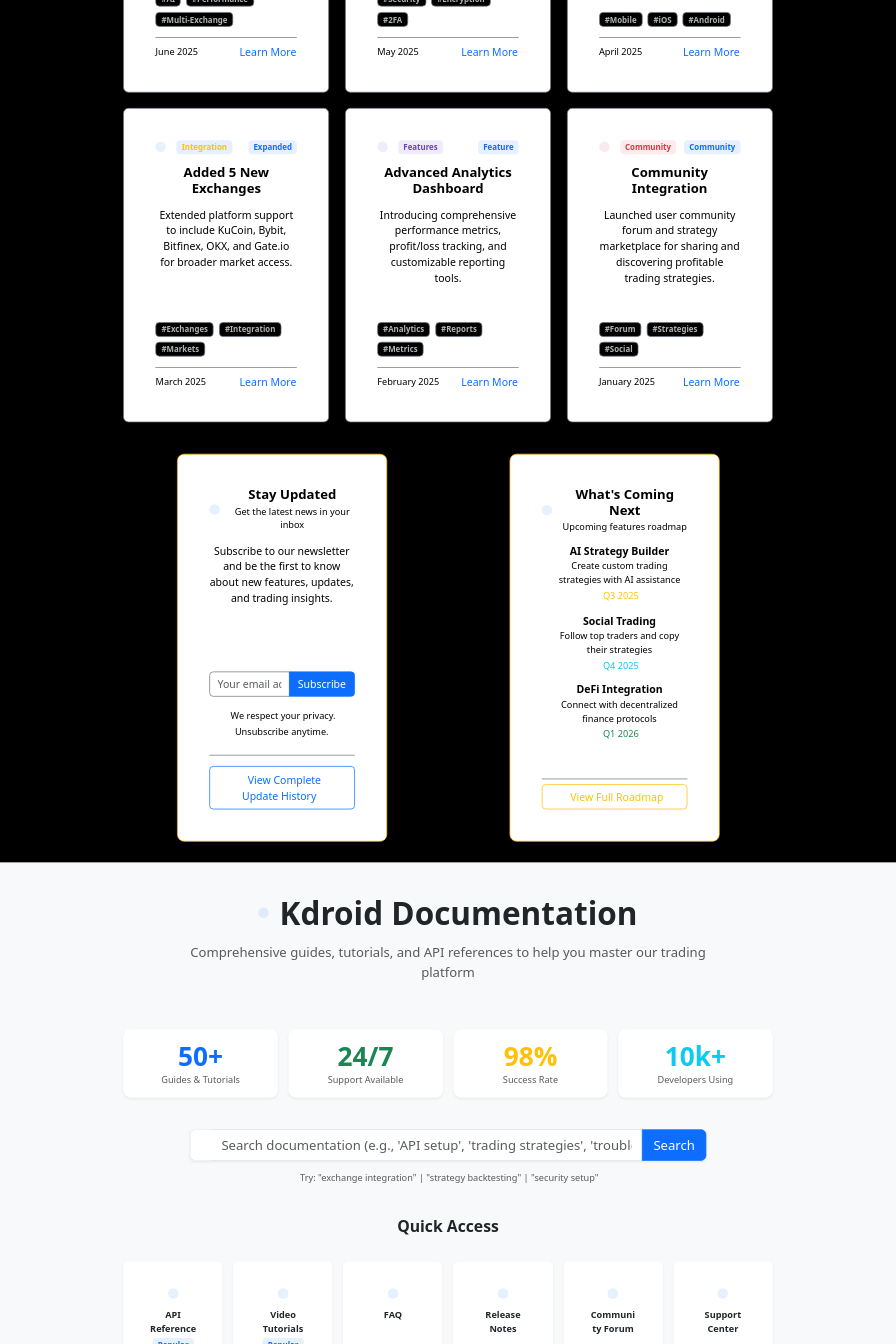
Repository: Kevin-Pro-Codes/halo-trading
Page: /
The author's editor kept a copy of each file at every save. The page is drawn from the files as they stood at one save, then again after the next save.
The browser window is 1280 px wide. The pictures show the part of the page from y = 3865 to 5785 px (the page is 19383 px tall), at 70% of full size.
The page's requests for data from a server got no answer. The project was rebuilt for these pictures with package versions that can differ from the ones it lists, and the page was loaded fresh each time. Some packages were replaced by stand-ins written for this rebuild. No one was signed in, and anything a server would have sent is missing. Also part of the build but not shown: vite.config.js, src/styles/DocStyle.css, src/styles/PricingStyle.css.

Above is the page before, as saved 2025-12-09 21:45:22.

### src/index.css
:root {
  font-family: system-ui, Avenir, Helvetica, Arial, sans-serif;
  line-height: 1.5;
  font-weight: 400;
  color-scheme: light dark;
  color: rgba(255, 255, 255, 0.87);
  background-color: #242424;
  font-synthesis: none;
  text-rendering: optimizeLegibility;
  -webkit-font-smoothing: antialiased;
  -moz-osx-font-smoothing: grayscale;
}

a {
  font-weight: 500;
  color: #646cff;
  text-decoration: inherit;
}
a:hover {
  color: #535bf2;
}


h1 {
  font-size: 3.2em;
  line-height: 1.1;
}

button {
  border-radius: 8px;
  border: 1px solid transparent;
  padding: 0.6em 1.2em;
  font-size: 1em;
  font-weight: 500;
  font-family: inherit;
  background-color: #1a1a1a;
  cursor: pointer;
  transition: border-color 0.25s;
}
button:hover {
  border-color: #646cff;
}
button:focus,
button:focus-visible {
  outline: 4px auto -webkit-focus-ring-color;
}

### src/Navbar.jsx
import React from 'react';
import haloLogo from './assets/halo.png';



const Navbar = ({ showHamburger, menuOpen, setMenuOpen }) => {
  return (
    <nav className="navbar">
      <div className="nav-content">
        <div className="nav-brand">
          <img src={haloLogo} alt="Trading Bot Logo" className="logo-img" />
        </div>

        {showHamburger ? (
          <div className="hamburger-container">
            <button
              className={`hamburger-btn ${menuOpen ? 'active' : ''}`}
              onClick={() => setMenuOpen(!menuOpen)}
              aria-label="Menu"
            >
              <span></span>
              <span></span>
              <span></span>
            </button>
          </div>
        ) : (
          <div className="nav-links">
            <button className="nav-btn">Home</button>
            <button className="nav-btn">About</button>
            <button className="nav-btn">Products</button>
            <button className="nav-btn">Contact</button>
          </div>
        )}
      </div>

      {showHamburger && menuOpen && (
        <div className="mobile-menu">
          <button className="nav-btn">Home</button>
          <button className="nav-btn">About</button>
          <button className="nav-btn">Products</button>
          <button className="nav-btn">Contact</button>
        </div>
      )}
    </nav>
  );
};

export default Navbar;

### src/components/LatestSection.jsx
import React from 'react';

const LatestSection = () => {
  const updates = [
    {
      id: 1,
      title: "Version 3.0 Launched",
      description: "Major platform upgrade with AI-powered trading signals, enhanced backtesting, and multi-exchange arbitrage capabilities.",
      category: "Platform Update",
      date: "June 2025",
      icon: "bi-rocket-takeoff-fill",
      color: "primary",
      badge: "New",
      tags: ["AI", "Performance", "Multi-Exchange"]
    },
    {
      id: 2,
      title: "Enhanced Security Framework",
      description: "Implemented advanced API key encryption, multi-factor authentication, and real-time threat detection systems.",
      category: "Security",
      date: "May 2025",
      icon: "bi-shield-check",
      color: "success",
      badge: "Enhanced",
      tags: ["Security", "Encryption", "2FA"]
    },
    {
      id: 3,
      title: "Mobile App 2.0 Released",
      description: "Redesigned mobile application with real-time notifications, advanced charting, and one-click trade execution.",
      category: "Mobile",
      date: "April 2025",
      icon: "bi-phone-fill",
      color: "info",
      badge: "Update",
      tags: ["Mobile", "iOS", "Android"]
    },
    {
      id: 4,
      title: "Added 5 New Exchanges",
      description: "Extended platform support to include KuCoin, Bybit, Bitfinex, OKX, and Gate.io for broader market access.",
      category: "Integration",
      date: "March 2025",
      icon: "bi-arrow-left-right",
      color: "warning",
      badge: "Expanded",
      tags: ["Exchanges", "Integration", "Markets"]
    },
    {
      id: 5,
      title: "Advanced Analytics Dashboard",
      description: "Introducing comprehensive performance metrics, profit/loss tracking, and customizable reporting tools.",
      category: "Features",
      date: "February 2025",
      icon: "bi-graph-up",
      color: "purple",
      badge: "Feature",
      tags: ["Analytics", "Reports", "Metrics"]
    },
    {
      id: 6,
      title: "Community Integration",
      description: "Launched user community forum and strategy marketplace for sharing and discovering profitable trading strategies.",
      category: "Community",
      date: "January 2025",
      icon: "bi-people-fill",
      color: "danger",
      badge: "Community",
      tags: ["Forum", "Strategies", "Social"]
    }
  ];

  const categories = [
    { id: "all", name: "All Updates", icon: "bi-grid", count: updates.length },
    { id: "platform", name: "Platform", icon: "bi-rocket", count: 1 },
    { id: "security", name: "Security", icon: "bi-shield", count: 1 },
    { id: "mobile", name: "Mobile", icon: "bi-phone", count: 1 },
    { id: "integration", name: "Integration", icon: "bi-arrow-left-right", count: 1 },
    { id: "features", name: "Features", icon: "bi-stars", count: 1 },
    { id: "community", name: "Community", icon: "bi-people", count: 1 }
  ];

  return (
    <section className="py-5 bg-dark text-white">
      <div className="container">
        {/* Header */}
        <div className="row justify-content-center text-center mb-4 mb-lg-5">
          <div className="col-12 col-lg-8">
            <div className="d-flex align-items-center justify-content-center mb-3">
              <div className="bg-primary bg-opacity-10 p-2 rounded-circle me-3">
                <i className="bi bi-megaphone-fill text-primary fs-3"></i>
              </div>
              <h2 className="display-6 display-lg-5 fw-bold mb-0 text-white">Latest Updates & News</h2>
            </div>
            <p className="lead text-white-50 mb-0">
              Stay updated with the latest features, improvements, and announcements from our trading platform
            </p>
          </div>
        </div>

        {/* Stats Summary */}
        <div className="row justify-content-center mb-4 mb-lg-5">
          <div className="col-12 col-lg-10">
            <div className="row g-2 g-lg-3">
              {[
                { value: updates.length, label: "Total Updates", color: "primary" },
                { value: 5, label: "New Exchanges", color: "success" },
                { value: "3.0", label: "Current Version", color: "warning" },
                { value: "98%", label: "Uptime Rate", color: "info" }
              ].map((stat, index) => (
                <div key={index} className="col-6 col-md-3">
                  <div className="text-center p-2 p-lg-3 bg-dark bg-opacity-50 border border-secondary rounded-3">
                    <div className={`display-6 fw-bold text-${stat.color} mb-1`}>{stat.value}</div>
                    <div className="text-white-50 small">{stat.label}</div>
                  </div>
                </div>
              ))}
            </div>
          </div>
        </div>

        {/* Category Filter */}
        <div className="row justify-content-center mb-4">
          <div className="col-12 col-lg-10">
            <div className="d-flex flex-wrap justify-content-center gap-1 gap-lg-2 mb-3 mb-lg-4">
              {categories.map((category) => (
                <button
                  key={category.id}
                  className="btn btn-outline-primary btn-sm px-2 px-lg-3 py-1 py-lg-2"
                >
                  <i className={`bi ${category.icon} me-1 me-lg-2`}></i>
                  <span className="d-none d-sm-inline">{category.name}</span>
                  <span className="badge bg-primary ms-1 ms-lg-2">{category.count}</span>
                </button>
              ))}
            </div>
          </div>
        </div>

        {/* Updates Grid - RESPONSIVE */}
        <div className="row justify-content-center">
          <div className="col-12 col-lg-10">
            <div className="row g-3 g-lg-4">
              {updates.map((update) => (
                <div key={update.id} className="col-12 col-md-6 col-lg-4">
                  <div className="card h-100 border-secondary bg-white hover-lift transition-all">
                    <div className="card-body p-3 p-lg-4 d-flex flex-column">
                      <div className="d-flex justify-content-between align-items-start mb-2 mb-lg-3">
                        <div className="d-flex align-items-center">
                          <div className={`bg-${update.color} bg-opacity-10 p-1 p-lg-2 rounded-circle me-2 me-lg-3`}>
                            <i className={`bi ${update.icon} text-${update.color} fs-5`}></i>
                          </div>
                          <span className={`badge bg-${update.color} bg-opacity-10 text-${update.color}`}>
                            {update.category}
                          </span>
                        </div>
                        <span className="badge bg-primary bg-opacity-10 text-primary">
                          {update.badge}
                        </span>
                      </div>

                      <h4 className="fw-bold mb-2 mb-lg-3 text-black fs-5 fs-lg-4">{update.title}</h4>
                      <p className="text-black mb-3 mb-lg-4 flex-grow-1">{update.description}</p>

                      <div className="mt-auto">
                        <div className="d-flex flex-wrap gap-1 gap-lg-2 mb-2 mb-lg-3">
                          {update.tags.map((tag, index) => (
                            <span key={index} className="badge bg-dark border border-secondary text-white-50 small">
                              #{tag}
                            </span>
                          ))}
                        </div>
                        <div className="d-flex justify-content-between align-items-center pt-2 border-top border-secondary">
                          <div className="text-black small">{update.date}</div>
                          <button className="btn btn-link text-decoration-none p-0 text-primary">
                            <i className="bi bi-arrow-right-circle me-1"></i>
                            <span className="d-none d-sm-inline">Learn More</span>
                          </button>
                        </div>
                      </div>
                    </div>
                  </div>
                </div>
              ))}
            </div>
          </div>
        </div>

      {/* Two Boxes at Bottom - RESPONSIVE */}
<div className="row justify-content-center mt-4 mt-lg-5">
  <div className="col-12 col-lg-10">
    <div className="row g-3 g-lg-4 justify-content-center">
      {/* Left Box: Newsletter */}
      <div className="col-12 col-lg-6">
        <div className="card border-warning bg-white h-100" style={{ borderRadius: '10px' }}>
          <div className="card-body p-3 p-lg-4 d-flex flex-column">
            <div className="d-flex align-items-center mb-3">
              <div className="bg-primary bg-opacity-10 p-2 rounded-circle me-3">
                <i className="bi bi-bell-fill text-black fs-4"></i>
              </div>
              <div>
                <h4 className="fw-bold mb-1 text-black fs-5 fs-lg-4">Stay Updated</h4>
                <p className="text-black small mb-0">Get the latest news in your inbox</p>
              </div>
            </div>

            <p className="text-black mb-3 mb-lg-4 flex-grow-1">
              Subscribe to our newsletter and be the first to know about new features, updates, and trading insights.
            </p>

            <div className="mt-auto">
              <div className="input-group mb-2 mb-lg-3">
                <input
                  type="email"
                  className="form-control border-secondary"
                  placeholder="Your email address"
                />
                <button className="btn btn-primary">Subscribe</button>
              </div>
              <small className="text-black">
                <i className="bi bi-shield-check me-1"></i>
                We respect your privacy. Unsubscribe anytime.
              </small>

              {/* View Complete Update History Button - RESPONSIVE */}
              <div className="mt-3 mt-lg-4 pt-3 border-top border-secondary">
                <button className="btn btn-outline-primary w-100 px-3 px-lg-4 py-2">
                  <i className="bi bi-clock-history me-2"></i>
                  <span className="d-none d-md-inline">View Complete Update History</span>
                  <span className="d-md-none">All Updates</span>
                  <i className="bi bi-arrow-right ms-2"></i>
                </button>
              </div>
            </div>
          </div>
        </div>
      </div>

      {/* Right Box: Roadmap */}
      <div className="col-12 col-lg-6">
        <div className="card border-warning bg-white h-100" style={{ borderRadius: '10px' }}>
          <div className="card-body p-3 p-lg-4 d-flex flex-column">
            <div className="d-flex align-items-center mb-3">
              <div className="bg-warning bg-opacity-10 p-2 rounded-circle me-3">
                <i className="bi bi-map text-warning fs-4"></i>
              </div>
              <div>
                <h4 className="fw-bold mb-1 text-black fs-5 fs-lg-4">What's Coming Next</h4>
                <p className="text-black small mb-0">Upcoming features roadmap</p>
              </div>
            </div>

            <div className="mb-3 mb-lg-4 flex-grow-1">
              <div className="d-flex align-items-start mb-2 mb-lg-3">
                <div className="text-warning me-2 me-lg-3 mt-1"><i className="bi bi-circle-fill small"></i></div>
                <div>
                  <h6 className="fw-bold mb-1 text-black">AI Strategy Builder</h6>
                  <p className="text-black small mb-0">Create custom trading strategies with AI assistance</p>
                  <small className="text-warning"><i className="bi bi-calendar me-1"></i> Q3 2025</small>
                </div>
              </div>

              <div className="d-flex align-items-start mb-2 mb-lg-3">
                <div className="text-info me-2 me-lg-3 mt-1"><i className="bi bi-circle-fill small"></i></div>
                <div>
                  <h6 className="fw-bold mb-1 text-black">Social Trading</h6>
                  <p className="text-black small mb-0">Follow top traders and copy their strategies</p>
                  <small className="text-info"><i className="bi bi-calendar me-1"></i> Q4 2025</small>
                </div>
              </div>

              <div className="d-flex align-items-start">
                <div className="text-success me-2 me-lg-3 mt-1"><i className="bi bi-circle-fill small"></i></div>
                <div>
                  <h6 className="fw-bold mb-1 text-black">DeFi Integration</h6>
                  <p className="text-black small mb-0">Connect with decentralized finance protocols</p>
                  <small className="text-success"><i className="bi bi-calendar me-1"></i> Q1 2026</small>
                </div>
              </div>
            </div>

            <div className="mt-auto pt-2 border-top border-secondary">
              <button className="btn btn-outline-warning w-100">
                <i className="bi bi-clock-history me-2"></i>
                <span className="d-none d-sm-inline">View Full Roadmap</span>
                <span className="d-sm-none">Roadmap</span>
              </button>
            </div>
          </div>
        </div>
      </div>


            </div>
          </div>
        </div>

      </div>

      {/* CSS Styling */}
      <style jsx>{`
        .bg-dark {
          background-color: #000000 !important;
        }
        .bg-white {
          background-color: #ffffff !important;
        }
        .hover-lift {
          transition: all 0.3s ease;
        }

        .hover-lift:hover {
          transform: translateY(-5px);
          box-shadow: 0 10px 25px rgba(0, 0, 0, 0.3) !important;
          border-color: #495057 !important;
        }

        .transition-all {
          transition: all 0.3s ease;
        }

        .bg-purple {
          background-color: #6f42c1 !important;
        }

        .text-purple {
          color: #6f42c1 !important;
        }

        .bg-purple.bg-opacity-10 {
          background-color: rgba(111, 66, 193, 0.1) !important;
        }

        .bg-danger.bg-opacity-10 {
          background-color: rgba(220, 53, 69, 0.1) !important;
        }

        .text-white-50 {
          color: rgba(255, 255, 255, 0.7) !important;
        }

        /* Mobile-specific adjustments */
        @media (max-width: 768px) {
          .display-6 {
            font-size: 2rem !important;
          }

          .card {
            margin-bottom: 1rem;
          }

          .btn-sm {
            padding: 0.25rem 0.5rem !important;
            font-size: 0.875rem !important;
          }
        }

        @media (max-width: 576px) {
          .display-6 {
            font-size: 1.75rem !important;
          }

          .lead {
            font-size: 1rem !important;
          }

          .card-body {
            padding: 1rem !important;
          }
        }
      `}</style>
    </section>
  );
};

export default LatestSection;

### src/Footer.jsx
import React from "react";

const Footer = () => {
  return (
    <footer className="section-black">
      <div className="section-content">
        <div className="footer-grid">
          <div className="footer-col">
            <h3>Contact</h3>
            <p>Email: support@halo.com</p>
            <p>Phone: +55 11 9987-6543</p>
            <p>Address: 456 Finance Street, Crypto City</p>
          </div>
          <div className="footer-col">
            <h3>Legal</h3>
            <p><a href="#">Risk Disclosure</a></p>
            <p><a href="#">Terms of Service</a></p>
            <p><a href="#">Privacy Policy</a></p>
          </div>
          <div className="footer-col">
            <h3>Support</h3>
            <p><a href="#">Help Center</a></p>
            <p><a href="#">API Documentation</a></p>
            <p><a href="#">Community Forum</a></p>
            <p className="mt-3"><a href="#">MetaTrader 5</a></p>
          </div>
        </div>
        <div className="footer-bottom">
          <p>
            © 2025 Halo Algo Trading. All rights reserved. Disclaimer: Trading
            involves risk. Past performance is not indicative of future results.
          </p>
          <p className="disclaimer"></p>
        </div>
      </div>
    </footer>
  );
};

export default Footer;

### src/App.css
/* Variables */
:root {
  --primary-color: #646cff;
  --primary-hover: #535bf2;
  --text-dark: black;
  --text-light: #ffffff;
  --bg-dark: black;
  --bg-light: #ffffff;
  --border-radius: 4px;
  --transition: all 0.3s ease;
}

#root {
  max-width: 100%;
  margin: auto;
  padding: 0rem;
  text-align: center;
}

/* Base Styles */
* {
  box-sizing: border-box;
  margin: 0;
  padding: 0;


}

html {
  font-size: 15px;

}



/* Typography */
h1, h2, h3, h4, h5, h6 {
  margin-bottom: 1rem;
  line-height: 1.2;
}

h2 {
  font-size: 2rem;
}

h3 {
  font-size: 1.5rem;
  margin: 1rem 0;
}

p {
  margin-bottom: 1rem;
}

ul {
  list-style: none;
  padding-left: 0;
}

/* Utility Classes */
.black-text {
  color: var(--text-dark);
}

.white-text {
  color: var(--text-light);
}

.bg-white {
  background-color: var(--bg-light);
}

.bg-black {
  background-color: var(--bg-dark);
}


section {
  padding: 3rem 0;
}

.section-content {
  max-width: 2280px;
  margin: 0 auto;
  padding: 0 1rem;
}

.section-black {
  background-color: var(--bg-dark);
  color: var(--text-light);
}

### src/styles/ConverterStyle.css
/* Add to your existing CSS */
.converter-container {
  max-width: 500px;
  margin: 0 auto;
}

.converter-card {
  background-color: white;
  padding: 2rem;
  border-radius: var(--border-radius);
}

.converter-row {
  display: flex;
  align-items: center;
  margin-bottom: 1rem;
}

.converter-row label {
  width: 80px;
  text-align: right;
  margin-right: 1rem;
}

.converter-row input {
  flex: 1;
  padding: 0.5rem;
  border-radius: var(--border-radius);
  border: 1px solid #ddd;
  background-color: var(--bg-light);
  color: var(--text-dark);
}

.converter-card label,
.converter-card .rate-display {
  color: black; /* Replace with your desired color */
  font-weight: bold;
}

.rate-display {
  text-align: center;
  margin-top: 1.5rem;
  font-size: 0.9rem;
  opacity: 0.8;
}

/* Responsive adjustments */
@media (max-width: 600px) {
  .converter-row {
    flex-direction: column;
    align-items: flex-start;
  }

  .converter-row label {
    width: 100%;
    text-align: left;
    margin-bottom: 0.5rem;
  }
}

### src/styles/FooterStyle.css

/* Footer */
.footer-grid {
  display: grid;
  grid-template-columns: repeat(auto-fit, minmax(200px, 1fr));

}

.footer-col a {
  color: var(--text-light);
  text-decoration: none;

}

.footer-col a:hover {
  text-decoration: underline;

}

.footer-bottom {
  text-align: center;
  padding-top: 1rem;
  border-top: 1px solid rgba(255, 255, 255, 0.1);

}

.disclaimer {

  padding-bottom: 10px;
   margin-bottom: 0px !important;
}

Loaded but not shown: index.html (common file); src/main.jsx (common file); src/components/DocSection.jsx (389 lines, source omitted); src/components/ConverterSection.jsx (399 lines, source omitted); src/components/FaqSection.jsx (283 lines, source omitted); src/components/SetupSection.jsx (300 lines, source omitted); src/components/GallerySection.jsx (302 lines, source omitted); src/components/PricingSection.jsx (314 lines, source omitted); src/components/TestimonialSection.jsx (224 lines, source omitted); src/components/IntroSection.jsx (222 lines, source omitted); src/components/PerformanceSection.jsx (184 lines, source omitted); src/App.jsx (130 lines, source omitted); src/styles/NavbarStyle.css (126 lines, source omitted); src/styles/GalleryStyle.css (62 lines, source omitted); src/styles/FaqStyle.css (no stored copy; drawn as an empty file); src/styles/IntroStyle.css (no stored copy; drawn as an empty file); src/styles/LatestStyle.css (no stored copy; drawn as an empty file); src/styles/PerformanceStyle.css (no stored copy; drawn as an empty file); src/styles/SetupStyle.css (no stored copy; drawn as an empty file); src/styles/TestimonialStyle.css (no stored copy; drawn as an empty file)

After the next save:
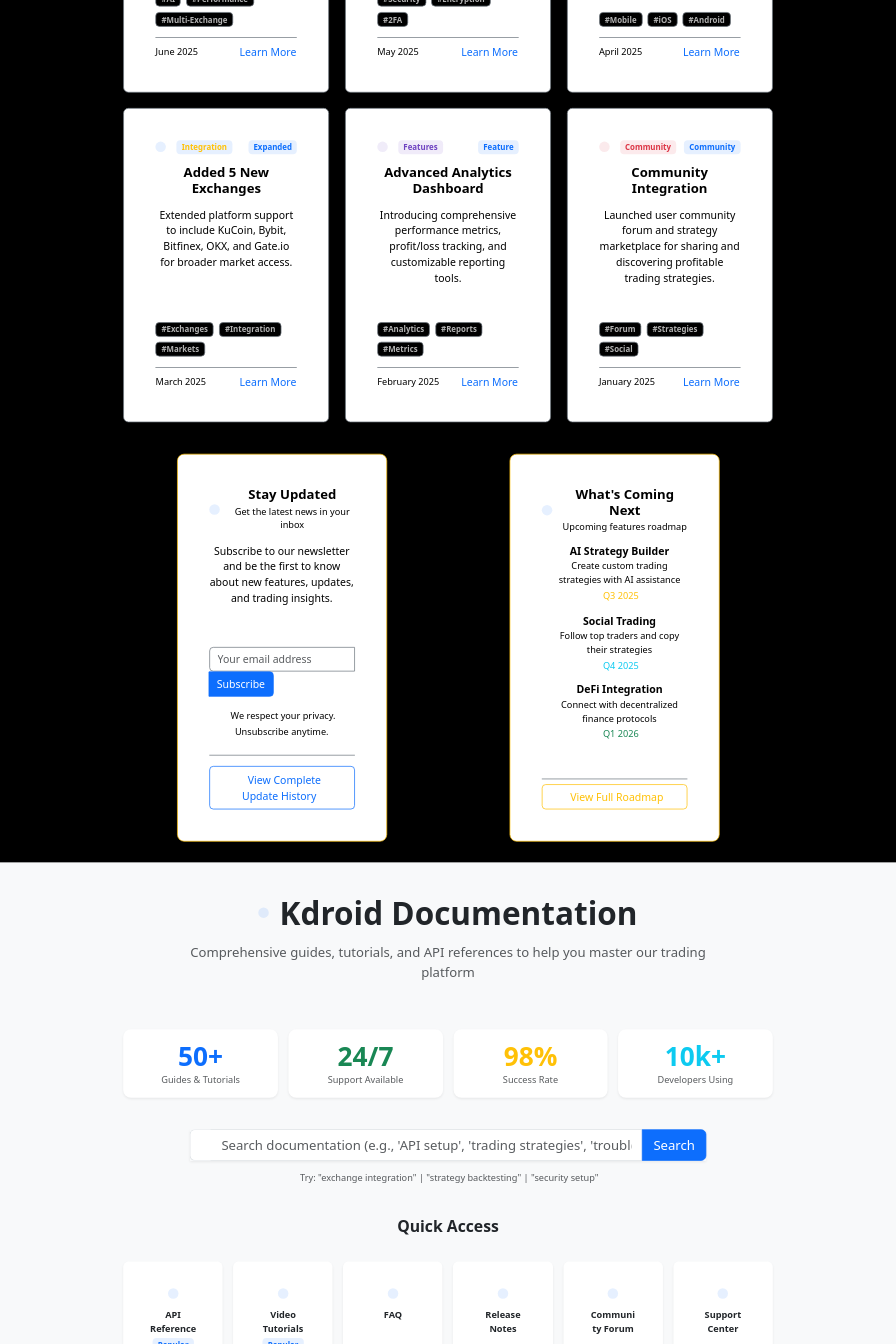
Saved 2 min 10 s later.
--- a/src/components/LatestSection.jsx
+++ b/src/components/LatestSection.jsx
@@ -214,6 +214,7 @@
                   type="email"
                   className="form-control border-secondary"
                   placeholder="Your email address"
+                    style={{ width: '70%' }}
                 />
                 <button className="btn btn-primary">Subscribe</button>
               </div>
